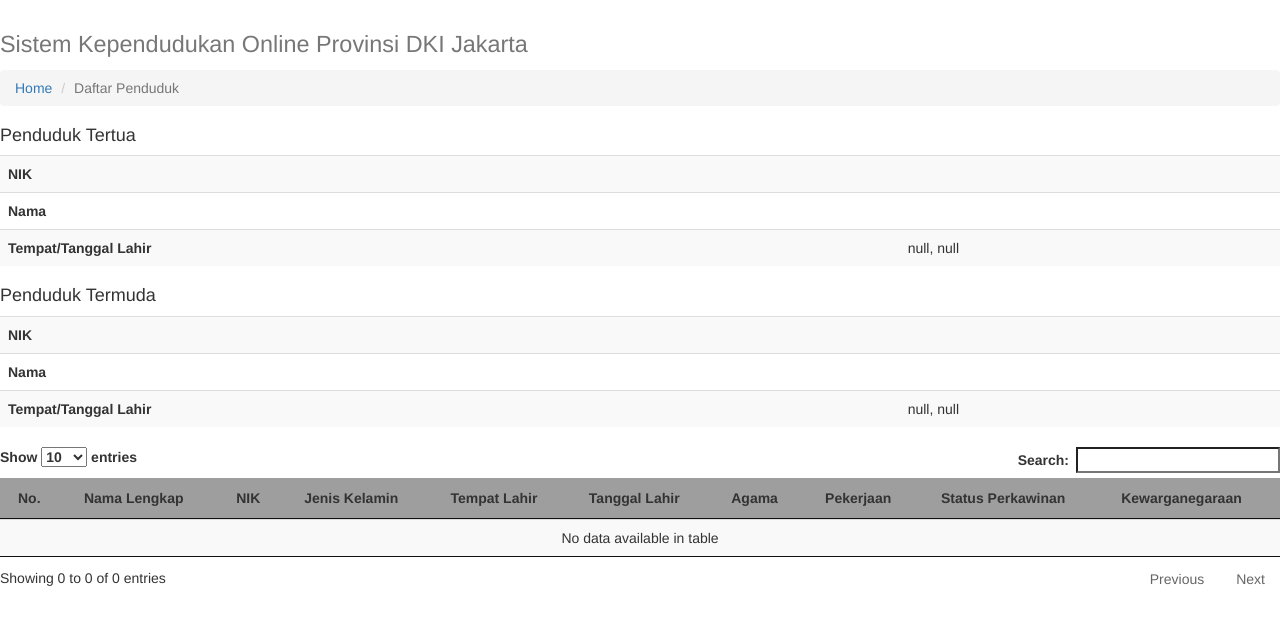
Repository: apap-2017/tugas1_1406544135
Page: http://localhost/list-penduduk
These files come from the project's save history. The page is drawn as it stood at one moment and after the next save; the edit follows.
The browser window is 1280 px wide. The pictures show the whole page.
Pictures or frames that could not be fetched are drawn as grey boxes. The page is this project's Thymeleaf template; nobody is signed in. The template is opened directly, without the code that normally fills it, so the values that code supplies are empty.

Above is the page before, as saved 2017-10-22 03:34:13.

After the next save:
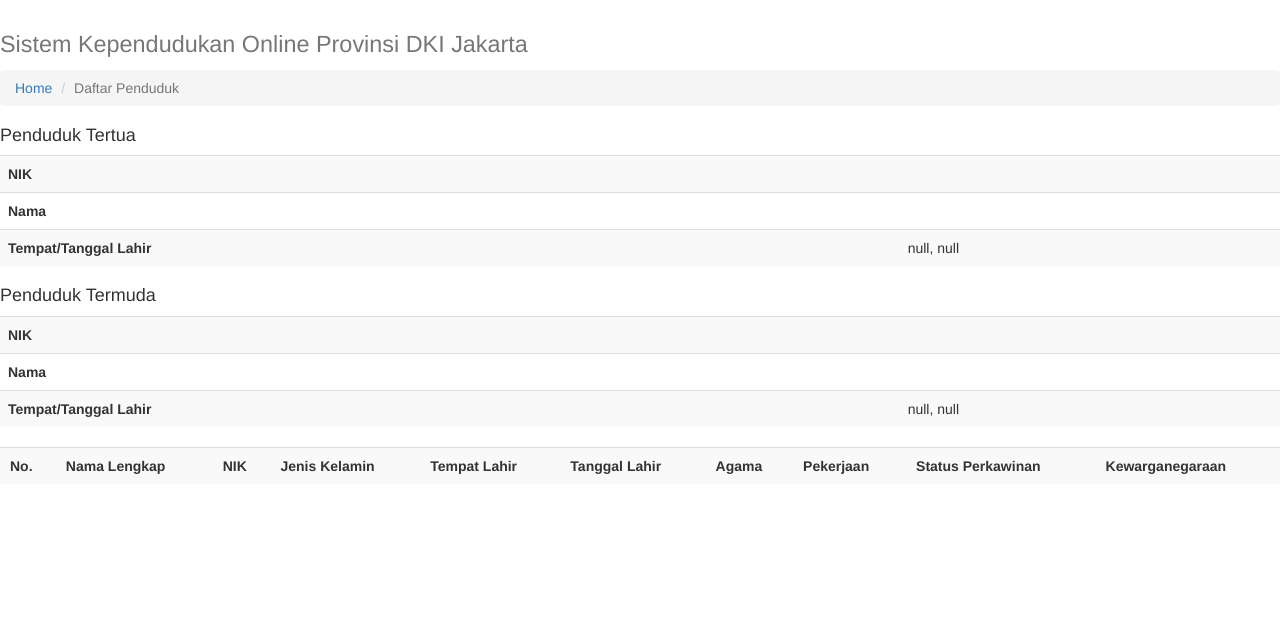
Console error: TypeError: Cannot read properties of undefined (reading 'mData')
Saved 12 s later.
--- a/Tugas1_1406544135/src/main/resources/templates/list-penduduk.html
+++ b/Tugas1_1406544135/src/main/resources/templates/list-penduduk.html
@@ -68,7 +68,7 @@
 	</table>
 
 	<table class="table table-hover table-striped dataTable" id="daftar-penduduk">
-		<thead>
+		<tbody>
 			<tr>
 				<td><strong>No.</strong></td>
 				<td><strong>Nama Lengkap</strong></td>

After the 2 saves that followed:
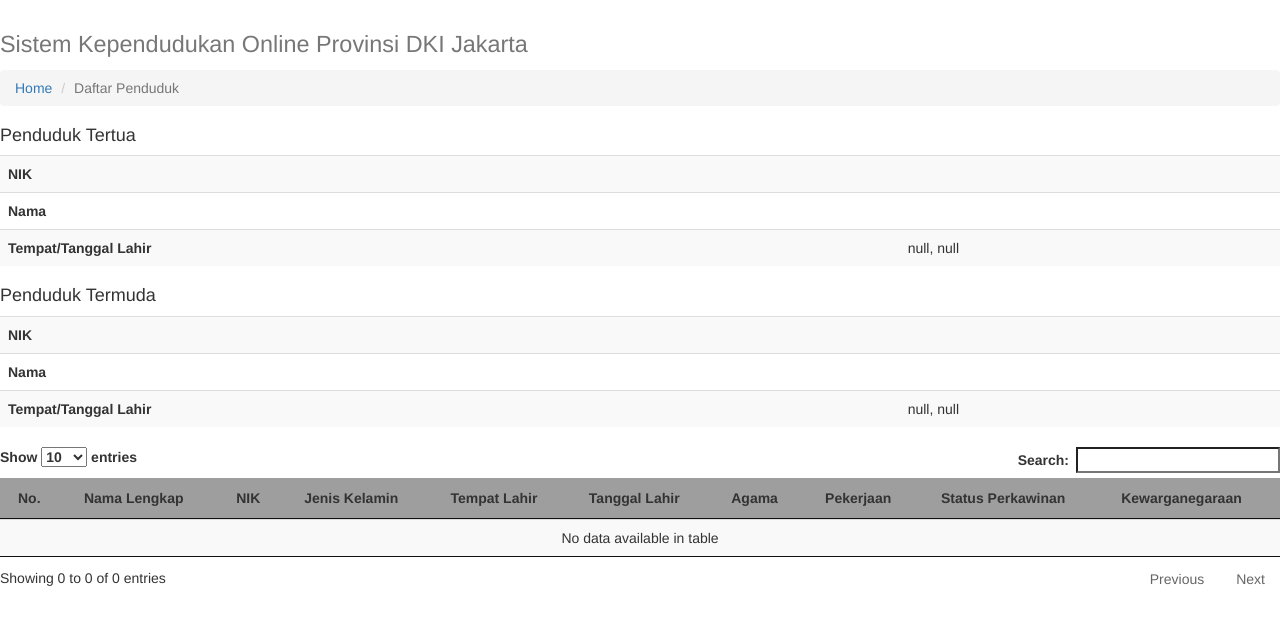
The error is gone.
The 2 saves are shown as one change because 1 left the picture as it was.
The last was saved 39 s later.
--- a/Tugas1_1406544135/src/main/resources/templates/list-penduduk.html
+++ b/Tugas1_1406544135/src/main/resources/templates/list-penduduk.html
@@ -68,7 +68,7 @@
 	</table>
 
 	<table class="table table-hover table-striped dataTable" id="daftar-penduduk">
-		<tbody>
+		<thead>
 			<tr>
 				<td><strong>No.</strong></td>
 				<td><strong>Nama Lengkap</strong></td>
@@ -81,6 +81,8 @@
 				<td><strong> Status Perkawinan </strong></td>
 				<td><strong> Kewarganegaraan </strong></td>
 			</tr>
+		</thead>
+		<tbody>
 			<div th:each="detailAnggota, iterationStatus: ${listPenduduk}">
 				<tr>
 					<td th:text="${iterationStatus.count}"></td>
